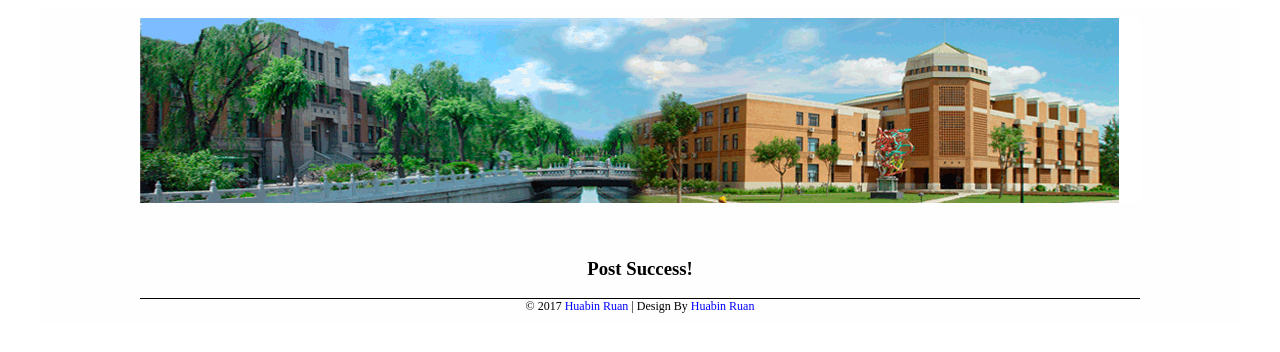
Repository: ruanhuabin/LifeSoftwareWebSite
Page: http://localhost/CryoEM/editPost.jsp
These files come from the project's save history. The page is drawn as it stood at one moment and after the next save; the edit follows.
The browser window is 1280 px wide. The pictures show the whole page.
The page is served by Tomcat 9. Nobody is signed in. The application's start-up code is not run.

Above is the page before, as saved 2017-08-23 02:33:13.

After the next save:
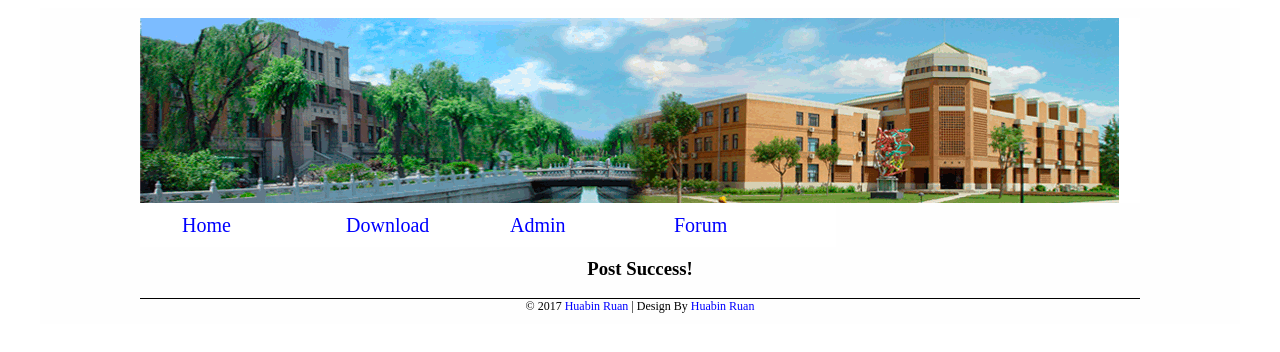
Saved 5 min 39 s later.
--- a/CryoEM/WebRoot/editPost.jsp
+++ b/CryoEM/WebRoot/editPost.jsp
@@ -17,6 +17,29 @@ String basePath = request.getScheme()+"://"+request.getServerName()+":"+request.
 
 <div id="main-container">
 <div id="header"></div>
+<div id="navigation">
+	<ul>
+		<li><a href="<%=path%>/index.jsp">Home</font></a></li>
+		<li><a href="<%=path%>/user/User_listSoftware.action">Download</a></li>
+		<li><a href="<%=path%>/post/Admin_toAdmin.action">Admin</a></li>
+		<li><a href="http://10.10.32.133/thunder/answers/">Forum</a></li>
+	</ul>
+</div>
+<script type="text/javascript">
+		var index_plist = {
+			obj : document.getElementById("navigation")
+					.getElementsByTagName("li"),
+			currObj : null,
+			init : function() {
+				for (i = 0; i < index_plist.obj.length; i++) {
+					eval("index_plist.obj[i].getElementsByTagName('a')[0].onclick=function(){this.className='curr';if(index_plist.currObj){index_plist.currObj.className=''}index_plist.currObj=this}");
+				}
+			}
+		};
+		index_plist.init();
+</script>
+
+
 <br/>
 <br/>
 
